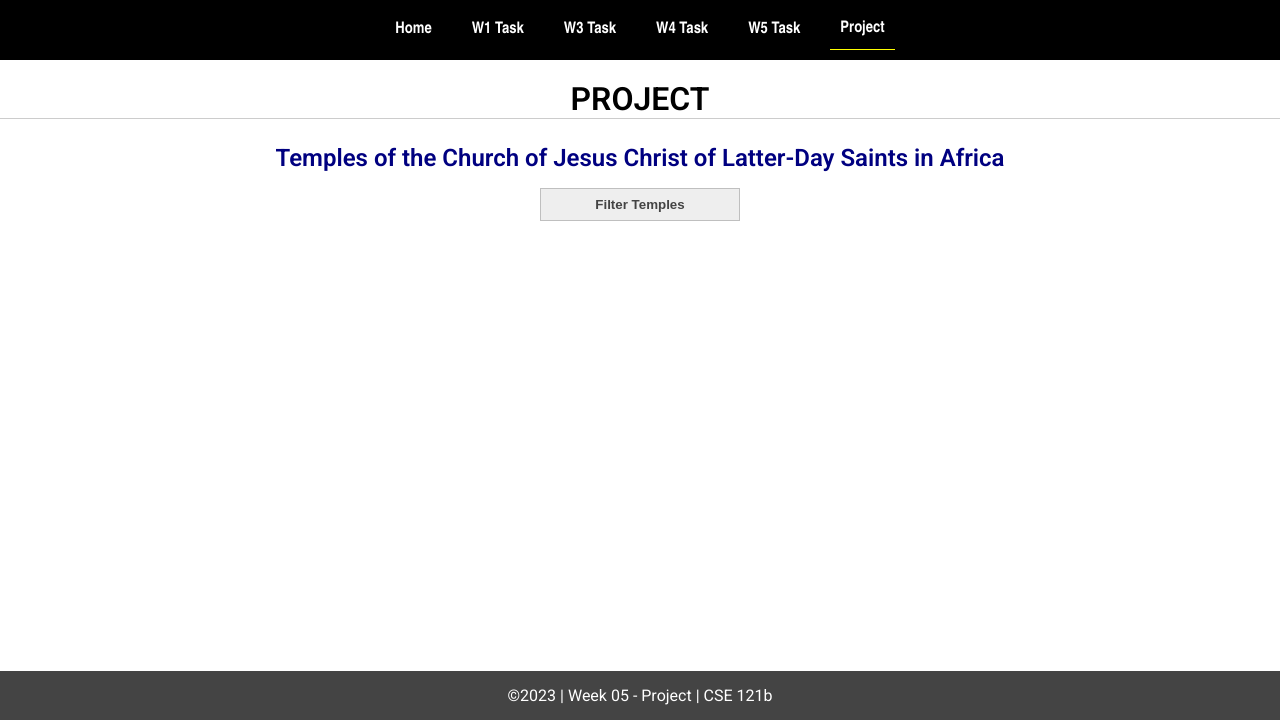
Repository: mszakutumela/cse121b
Page: Project/project.html
The author's editor kept a copy of each file at every save. The page is drawn from the files as they stood at one save, then again after the next save.
The browser window is 1280 px wide. The pictures show the whole page.

Above is the page before, as saved 2023-10-24 14:44:01.

### Project/project.html
<!DOCTYPE html>
<html lang="en">

<head>
  <meta charset="UTF-8">
  <meta name="viewport" content="width=device-width, initial-scale=1.0">
  <title>CSE 121b | Project</title>
  <link rel="preconnect" href="https://fonts.googleapis.com">
  <link rel="preconnect" href="https://fonts.gstatic.com" crossorigin>
  <link href="https://fonts.googleapis.com/css2?family=Roboto:wght@400;600&display=swap"
    rel="stylesheet">
  <link rel="stylesheet" href="styles/main.css">
</head>

<body>
  <nav>
    <ul id="menu">
      <li><a id="toggleMenu">&equiv;</a></li>
      <li><a href="index.html">Home</a></li>
      <li><a href="w01-task.html">W1 Task</a></li>
      <li><a href="w03-task.html">W3 Task</a></li>
      <li><a href="w04-task.html">W4 Task</a></li>
      <li><a href="w05-task.html">W5 Task</a></li>
      <li><a href="project.html" class="active">Project</a></li>
    </ul>
  </nav>
  <main id="gridly">
    <h1>PROJECT</h1>
    <h2>Temples of the Church of Jesus Christ of Latter-Day Saints in Africa</h2>



    <select id="sortBy" title="Choose a data filter.">
      <option value="" disabled selected>Filter Temples</option>
      <option value="operate">Operational</option>
      <option value="Construct">Under Construction</option>
      <option value="Named">Announced</option>
      <option value="all">All Africa Temples</option>
    </select>

    <div id="temples">
    </div>
  </main>


  <footer>
    &copy;<span id="year"></span> | Week 05 - Project | CSE 121b
  </footer>
  <script src="scripts/main.js"></script>
  <script>
    document.getElementById("year").innerHTML = new Date().getFullYear();
  </script>
  <script src="project/scripts/project.js"></script>
</body>

</html>

### Project/styles/main.css
/* Universal Selector */
* {
    margin: 0;
    padding: 0;
    box-sizing: border-box;
}

/* HTML Selectors */
body {
    font-family: 'Roboto', Helvetica, sans-serif;
}

nav {
    background-color: black;
    width: 100%;
    position: fixed;
    top: 0;
}

nav ul {
    display: flex;
    flex-direction: column;
    align-items: center;
    max-width: -moz-fit-content;
    max-width: fit-content;
    margin: 0 auto;
}

nav ul li {
    flex: 1 1 auto;
}

nav ul li:first-child {
    display: block;
    font-size: 2rem;
}

nav ul li:first-child a {
    padding: 1px 10px;
}

nav ul li {
    display: none;
    list-style: none;
    margin: 10px;
}

nav ul li a {
    display: block;
    padding: 10px;
    text-decoration: none;
    font-weight: 600;
    color: white;
    text-align: center;
    font-family: 'Arial Narrow', Arial, sans-serif;
}

nav ul li a:hover {
    background-color: #efefef;
    color: black;
}

h1,
h2 {
    text-align: center;
    margin: 1rem 0 .5rem;
}

h1 {
    border-bottom: 1px solid #ccc;
}

#gridly h1 {
    margin-top: 80px;
}

h2 {
    font-size: 1.5rem;
    color: navy;
    text-align: center;
    margin-top: 25px;
}

h3 {
    font-size: 1.3rem;
    margin-bottom: 1rem;
}

header {
    margin-top: 70px;
}

picture {
    margin: 0 auto;
}

picture img {
    width: 240px;
    height: auto;
    border-radius: 5%;
    border: 1px solid #ccc;
    box-shadow: 0 0 30px #777;
}

section {
    display: flex;
    flex-direction: column;
    align-items: center;
    margin: 0 auto 1rem;
    border: 1px solid rgba(0, 0, 0, .1);
    padding: 1rem;
    background-color: #eee;
}

article {
    margin-bottom: 1rem;
}

article div {
    margin-bottom: .5rem;
    text-align: right;
}

label {
    padding: .35rem;
}

input {
    padding: .35rem;
}

input[type="button"] {
    padding: .5rem;
    background-color: #444;
    color: white;
    border: none;
    border-radius: 5px;
    cursor: pointer;
    width: 100%
}

input[type="checkbox"] {
    width: 25px;
    height: 25px;
}

dt {
    font-weight: 700;
}

dt::before {
    content: "🏘️ ";
}

dd {
    margin: 0 0 .5rem 2rem;
    font-size: smaller;
}

footer {
    background-color: #444;
    color: white;
    padding: 15px;
    text-align: center;
    width: 100%;
    position: fixed;
    bottom: 0;
}

/* Class Selectors */
.active {
    border-bottom: 1px solid yellow;
}

.open li {
    display: block;
}

.block {
    display: block;
}

.larger {
    font-size: larger;
    color: red;
}

.right {
    width: 100%;
    text-align: right;
}

.middle {
    display: flex;
    align-items: center;
    justify-content: right;
    gap: 1rem;
}

/* ID Selectors */

#home {
    margin-top: 125px;
    display: grid;
    grid-template-columns: 1fr;
    grid-gap: 20px;
    align-items: center;
    justify-content: center;
}


#section1 {
    background-color: rgb(225, 250, 225, .5);
}

#section2 {
    background-color: rgba(200, 200, 250, 0.5);

}

#section2 div {
    margin-bottom: 1rem;
}

#section3 {
    background-color: rgb(250, 225, 250, .5);
}

#sortBy {
    appearance: none;
    display: flex;
    padding: .5rem;
    background-color: #eee;
    color: #444;
    font-weight: 700;
    margin: 1rem auto;
    width: 200px;
    border: 1px solid rgba(0, 0, 0, .2);
    text-align: center;
}

#sortBy option:disabled {
    font-style: italic;
    padding: 1rem;
    background-color: #111;
    color: #eee;
}

#temples {
    display: grid;
    grid-template-columns: repeat(auto-fit, minmax(320px, 1fr));
    grid-gap: .5rem;
    align-items: center;
    margin-bottom: 3rem;
}

#temples article {
    height: 250px;
    margin: .5rem;
    border: 1px solid rgba(0, 0, 0, .1);
    padding: 1rem;
    background-color: #eee;
    display: flex;
    flex-direction: column;
    align-items: center;
    justify-content: center;
}

#temples h4 {
    color: navy;
    font-size: smaller;
}


#temples img {
    width: 250px;
    height: auto;
    box-shadow: 0 0 30px #777;
    margin: .5rem;
}

/* Media Queries */
@media only screen and (min-width: 32.5em) {
    nav ul {
        flex-direction: row;
    }

    nav ul li:first-child {
        display: none;
    }

    nav ul li {
        display: block;
    }

    section {
        min-width: 300px;
    }

    #home {
        margin: 100px auto 20px;
        grid-template-columns: 250px 1fr;
        max-width: -moz-fit-content;
        max-width: fit-content;
    }

    #task3 {
        display: grid;
        grid-template-columns: 1fr 1fr;
        grid-gap: 5px;
        margin: 0 auto;
        max-width: 950px;
    }

}

### Project/scripts/project.js
/* Project */

Loaded but not shown: Project/scripts/main.js (common file)

After the next save:
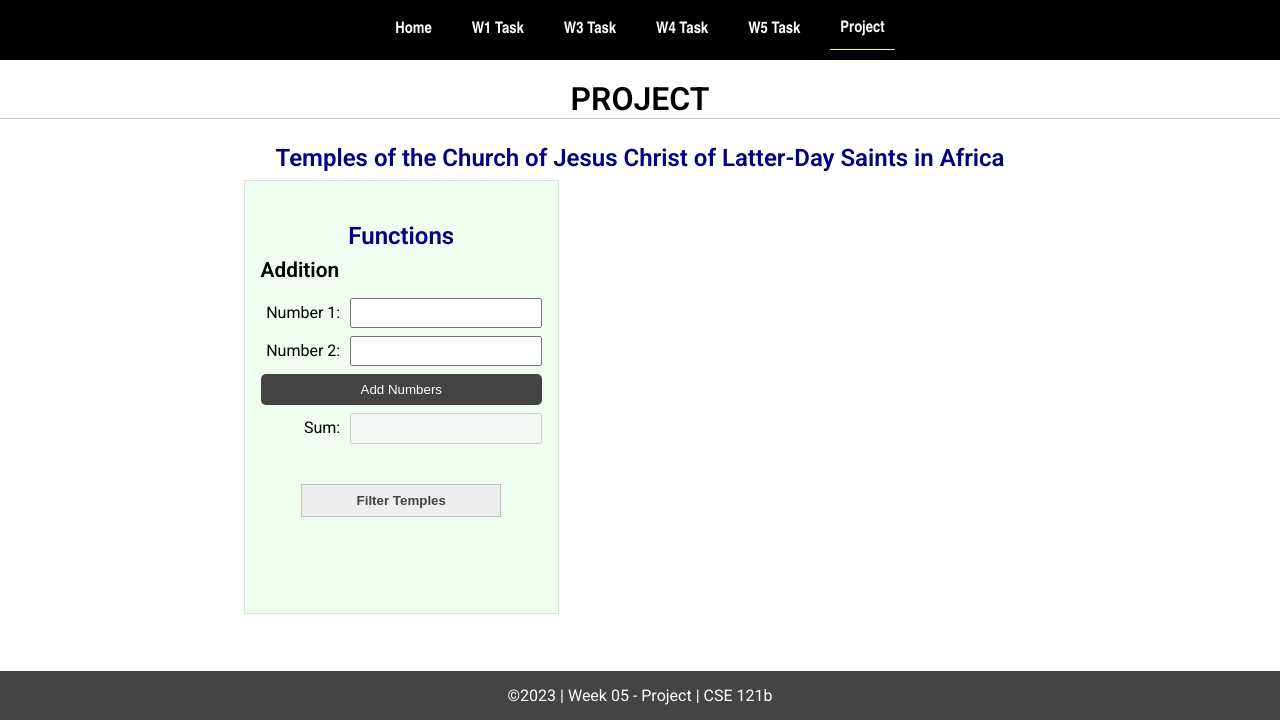
Saved 5 min 17 s later.
--- a/Project/project.html
+++ b/Project/project.html
@@ -28,7 +28,28 @@
     <h1>PROJECT</h1>
     <h2>Temples of the Church of Jesus Christ of Latter-Day Saints in Africa</h2>
 
-
+    <main id="task3">
+      <section id="section1">
+          <h2>Functions</h2>
+          <article>
+              <h3>Addition</h3>
+              <div>
+                  <label for="add1">Number 1:</label>
+                  <input type="text" id="add1" name="add1">
+              </div>
+              <div>
+                  <label for="add2">Number 2:</label>
+                  <input type="text" id="add2" name="add2">
+              </div>
+              <div>
+                  <input type="button" id="addNumbers" value="Add Numbers">
+              </div>
+              <div>
+                  <label for="sum">Sum:</label>
+                  <input type="text" id="sum" name="sum" disabled>
+              </div>
+          </article>
+          <article>
 
     <select id="sortBy" title="Choose a data filter.">
       <option value="" disabled selected>Filter Temples</option>
